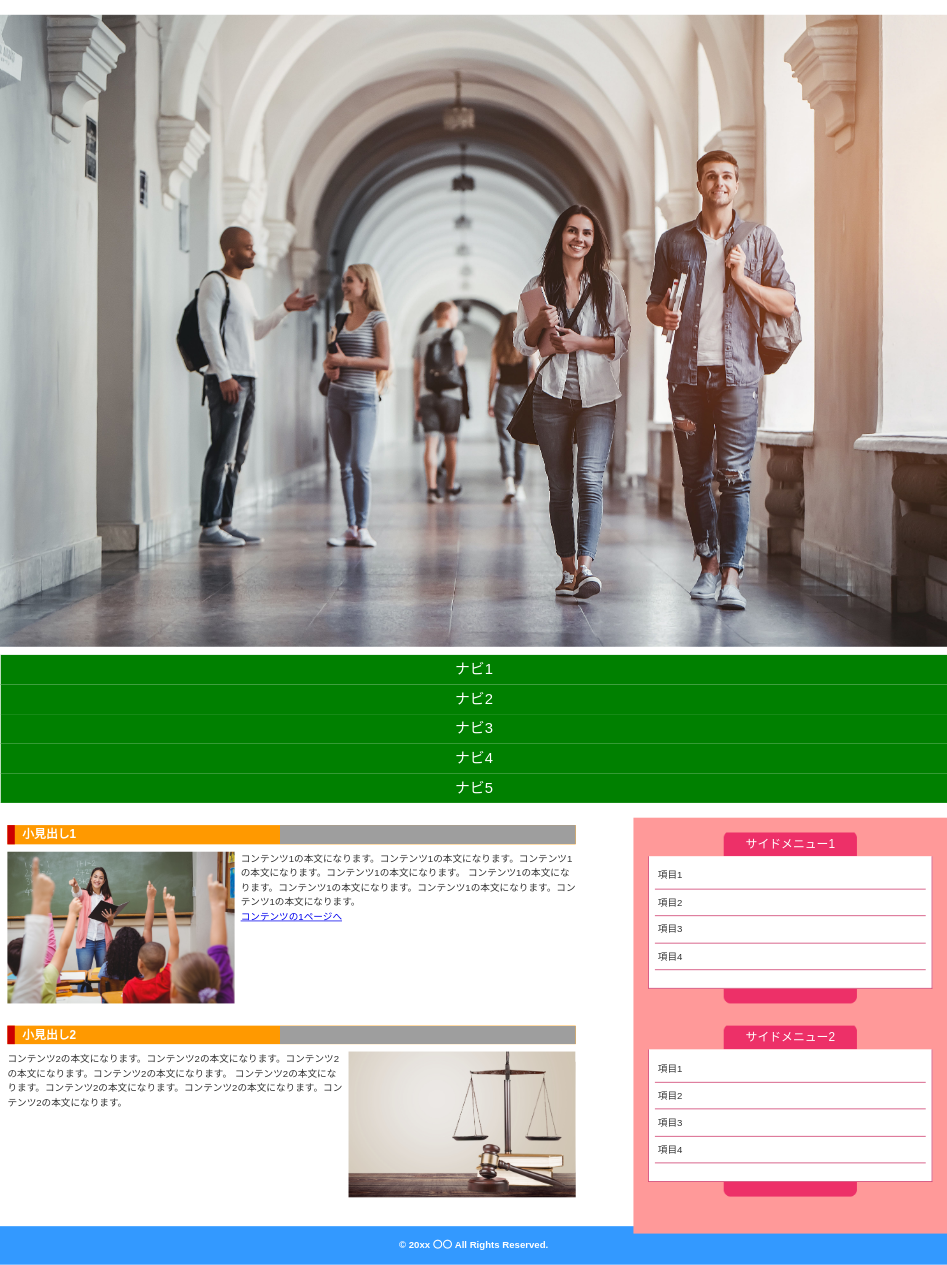
Repository: revolver67/samurai_HTML-CSS
Page: home.html
The author's editor kept a record of every edit. The page is drawn from the files as they stood at one moment, then again after the next edit.
The browser window is 1280 px wide. The pictures show the whole page, at 74% of full size.
Pictures or frames that could not be fetched are drawn as grey boxes.

Above is the page before.

### home.html
<!DOCTYPE html>
<html lang=ja>
　<head>
    <meta charset="UTF-8">
    <title>HTML/CSSの学習</title>
    <link rel="stylesheet" href="stylesheet.css">
  </head>
<body>
    <div id="header">
        <h1><a href="index.html"><img id="corridor" src="images/corridor.jpg" alt="大学の廊下"></a></h1>
    </div>
    <div id="wrapper">
        <div id="nav">
            <ul>
                <li><a href="home.html">ナビ1</a></li>
                <li><a href="#">ナビ2</a></li>
                <li><a href="#">ナビ3</a></li>
                <li><a href="#">ナビ4</a></li>
                <li><a href="#">ナビ5</a></li>
            </ul>
        </div>
        <div id="container">
            <div id="main">
                <div class="post clearfix">
                    <h2>小見出し1</h2>
                    <img class="left" src="images/classroom.jpg" alt="授業風景" />
                    コンテンツ1の本文になります。コンテンツ1の本文になります。コンテンツ1の本文になります。コンテンツ1の本文になります。
                    コンテンツ1の本文になります。コンテンツ1の本文になります。コンテンツ1の本文になります。コンテンツ1の本文になります。
                    </p>
                    <p><a href="#">コンテンツの1ページへ</a></p>
                </div>
                <div class="post clearfix">
                    <h2>小見出し2</h2>
                    <img class="right" src="images/scale.jpg" alt="天秤" />
                    <p>
                    コンテンツ2の本文になります。コンテンツ2の本文になります。コンテンツ2の本文になります。コンテンツ2の本文になります。
                    コンテンツ2の本文になります。コンテンツ2の本文になります。コンテンツ2の本文になります。コンテンツ2の本文になります。
                    </p>
                </div>
            </div>
            <div id="side">
                <div class="box">
                    <h2>サイドメニュー1</h2>
                    <div class="boxBody">
                        <ul>
                            <li>項目1</li>
                            <li>項目2</li>
                            <li>項目3</li>
                            <li>項目4</li>
                        </ul>
                    </div>
                    </div>
                <div class="box">
                    <h2>サイドメニュー2</h2>
                    <div class="boxBody">
                        <ul>
                            <li>項目1</li>
                            <li>項目2</li>
                            <li>項目3</li>
                            <li>項目4</li>
                        </ul>
                    </div>
                </div>
            </div>
        </div>
    </div>
    <div id="footer">
        <P>&copy; 20xx 〇〇 All Rights Reserved.</P>
    </div>
</body>
</html>

### stylesheet.css
@charset "utf-8";

body {
	margin: 0;
	padding: 0;
	font-family: "ヒラギノ角ゴ Pro W3", "Hiragino Kaku Gothic Pro", "メイリオ", Meiryo, Osaka, "ＭＳ Ｐゴシック", "MS PGothic", sans-serif;
	color: #333;
	font-size: 13px;
	line-height: 150%;
}

/* -------------------- wrapper -------------------- */
#wrapper {
	width: 100%;
	margin: auto;
	padding: 0px;
	border: 0px;
	background-color: #FFF;
	position: relative;
	top: 10px;
}
/*-------------------- header -------------------------*/

#header {
    width: 100%;
}
#header h1 {
    margin: 0;
    padding: 0;
}
#corridor {
    width: 100%;
    height: auto;
}

/*-------------------- footer -------------------------*/

#footer {
    clear: both;
    width: 100%;;
    padding: 3px 0 3px 0;
    background: #39F;
    color: #FFF;
    font-weight: bold;
    text-align: center;
}

/*-------------------- nav -------------------------*/
#nav {
   width: 100%;
}
#nav ul {
    diplay: flex;
    margin: 0;
    padding: 0;
    list-style-type: none;
}
#nav ul li {
    /*float: left;*/ssssssssssssssssssssssssssssssssssssssssssssssssssssssssssssssssssssssssssssssssssssssssssssssssssssssssssssssssssssssssssssssssssssssssssssssssssssssssssssssssssssssssssssssssssssssssssssssssssssssssssssssssssssssssssssssssssssssssssssssssssssssssssssssssssssssss
    width: 20%;
    text-align: center;
}
#nav ul li a {
    display: block;
    height: 20px;
    margin: 0;
    padding: 10px;
    color: #FFF;
    font-size: 20px;
    text-decoration: none;
    background-color: green;
    border-left: 1px solid white;

}
#nav ul li a:hover {
    filter: drop-shadow(10px 10px 10px black);
}
/*-------------------- container -------------------------*/
#container {
    width: 100%;
    margin: auto;
    padding: auto;
    padding-top: 20px;
    clear: both;
}
/*-------------------- main -------------------------*/
#main {
    float: left;
    width: 60%;
    padding: 10px 30px 10px 10px;
}
#main h2 {
    margin: 0 0 10px 0;
    padding: 3px 10px 3px 10px;
    color: #FFF;
    font-size: 16px;
    border-left: solid 10px #C00;
    background: #F90 url(../images/main_h2.jpg) right top repeat-y;
}
#main p {
    margin: 0;
    padding: 0;
}
#main .post {
    margin: 0 0 30px 0;
}
#main .post img.right {
    margin: 0 0 0 8px;
}
#main .post img.left {
    margin: 0 8px 0 0;
}
.right {
    float: right;
    width: 40%;
    height: auto;
}
.left {
    float: left;
    width: 40%;
    height: auto;
}
/*-------------------- clearfix -------------------------*/
.clearfix {
    zoom: 1;
}
.clearfix:after {
    content: "";
    display: block;
    clear: both;
}

/*-------------------- side -------------------------*/
#side {
    float: right;
    width: 30%;
    padding: 20px;
    background-color: #F99;
}
#side .box {
    margin: 0 auto 30px auto;
    padding: 0 0 20px 0;
    background: url(images/side_box.png) bottom no-repeat;
}
#side .box h2 {
    margin: 0;
    padding: 8px;
    text-align: center;
    color: #fff;
    font-size: 16px;
    line-height: 16px;
    font-weight: normal;
    background: url(images/side_box_h2.png) center no-repeat;
}
#side .box .boxBody {
    padding: 8px;
    border-right: solid 1px #C36;
    border-bottom: solid 1px #C36;
    border-left: solid 1px #C36;
    background: #fff;
}
#side .box .boxBody ul {
    margin: 0 0 16px 0;
    padding: 0;
}

#side .box .boxBody ul li {
    padding: 8px 0 8px 4px;
    list-style: none;
    border-bottom: solid 1px #C36;
}
#side .box .boxBody ul li:hover {
    padding: 8px 0 8px 4px;
    list-style: none;
    border-bottom: solid 1px #C36;
    box-shadow: 0px 4px 4px rgba(0, 0, 0,0.3);
}

After the next edit:
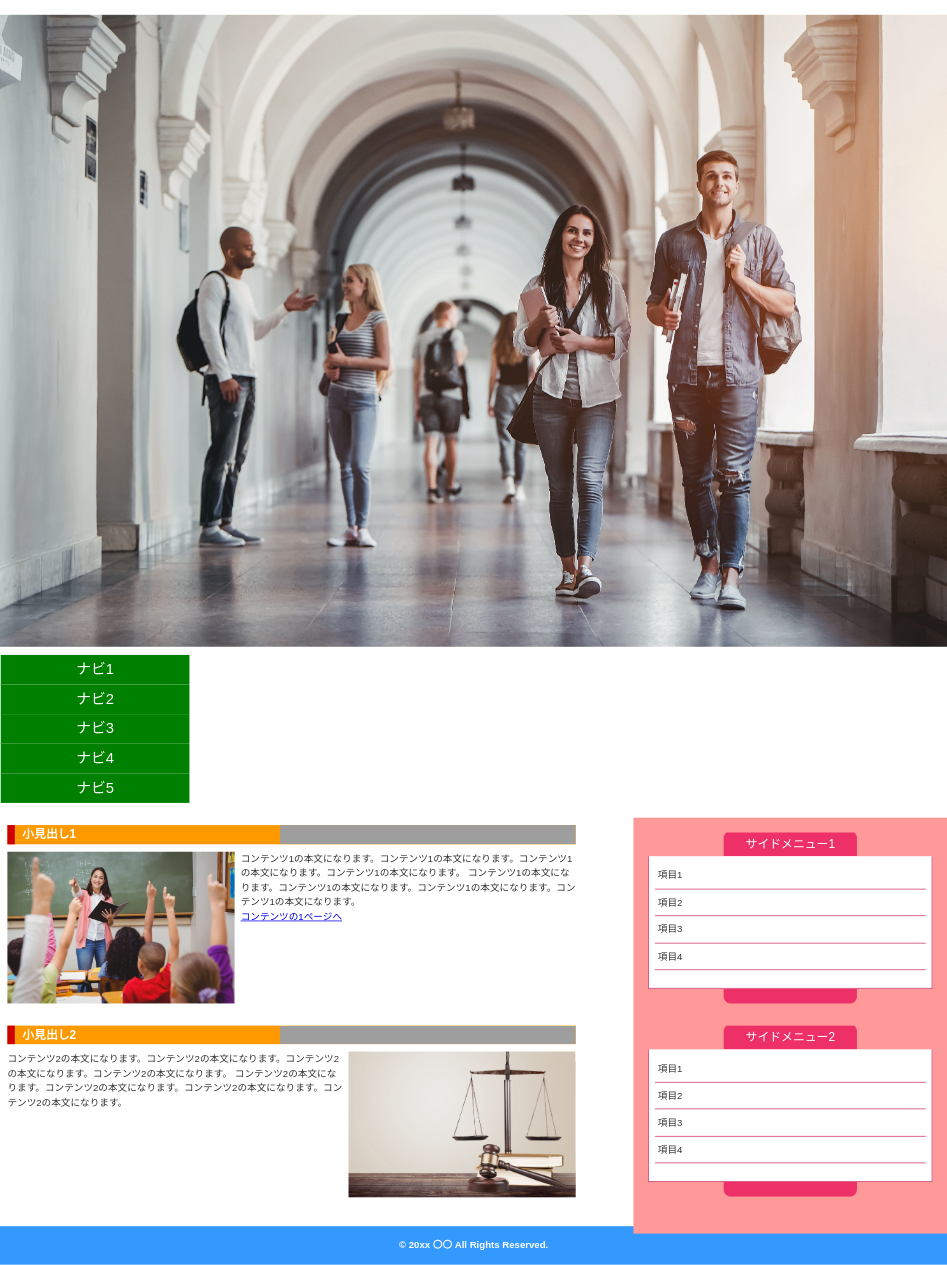
The edit:
--- a/stylesheet.css
+++ b/stylesheet.css
@@ -56,7 +56,7 @@
     list-style-type: none;
 }
 #nav ul li {
-    /*float: left;*/ssssssssssssssssssssssssssssssssssssssssssssssssssssssssssssssssssssssssssssssssssssssssssssssssssssssssssssssssssssssssssssssssssssssssssssssssssssssssssssssssssssssssssssssssssssssssssssssssssssssssssssssssssssssssssssssssssssssssssssssssssssssssssssssssssssssss
+    /*float: left;*/
     width: 20%;
     text-align: center;
 }
